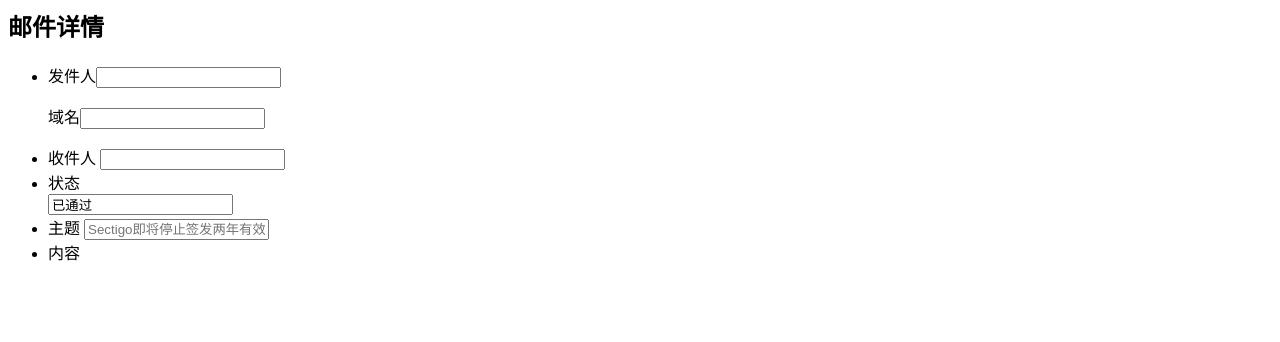
Repository: wangyan466393/racentSystem
Page: emailDetail.html
An editor plug-in stored every save of this project. The page is shown before and after the next save, followed by the edit.
The browser window is 1280 px wide. The pictures show the whole page.

Above is the page before, as saved 2020-08-12 10:09:05.

After the next save:
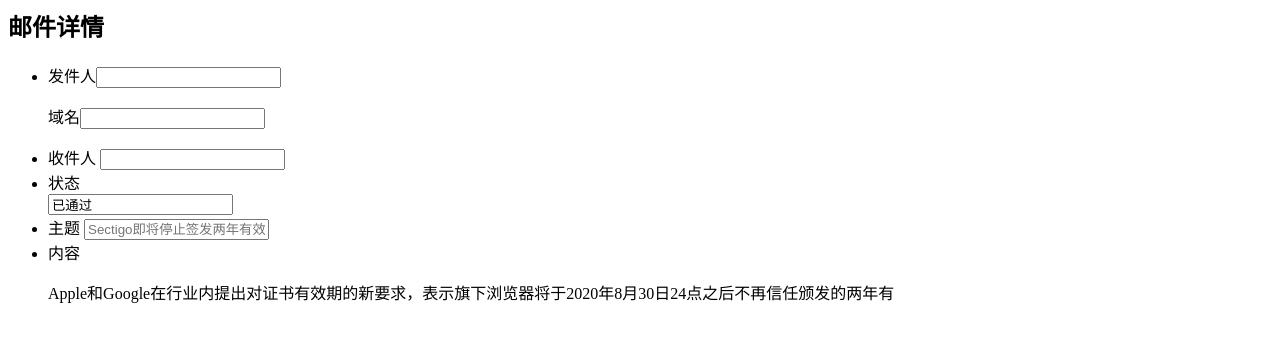
Saved 15 s later.
--- a/emailDetail.html
+++ b/emailDetail.html
@@ -34,7 +34,7 @@
                 <span>内容</span>
                 <div id="editor" style="width: 100%;">
                     <p>
-
+                        Apple和Google在行业内提出对证书有效期的新要求，表示旗下浏览器将于2020年8月30日24点之后不再信任颁发的两年有
                     </p>
                 </div>
             </li>
